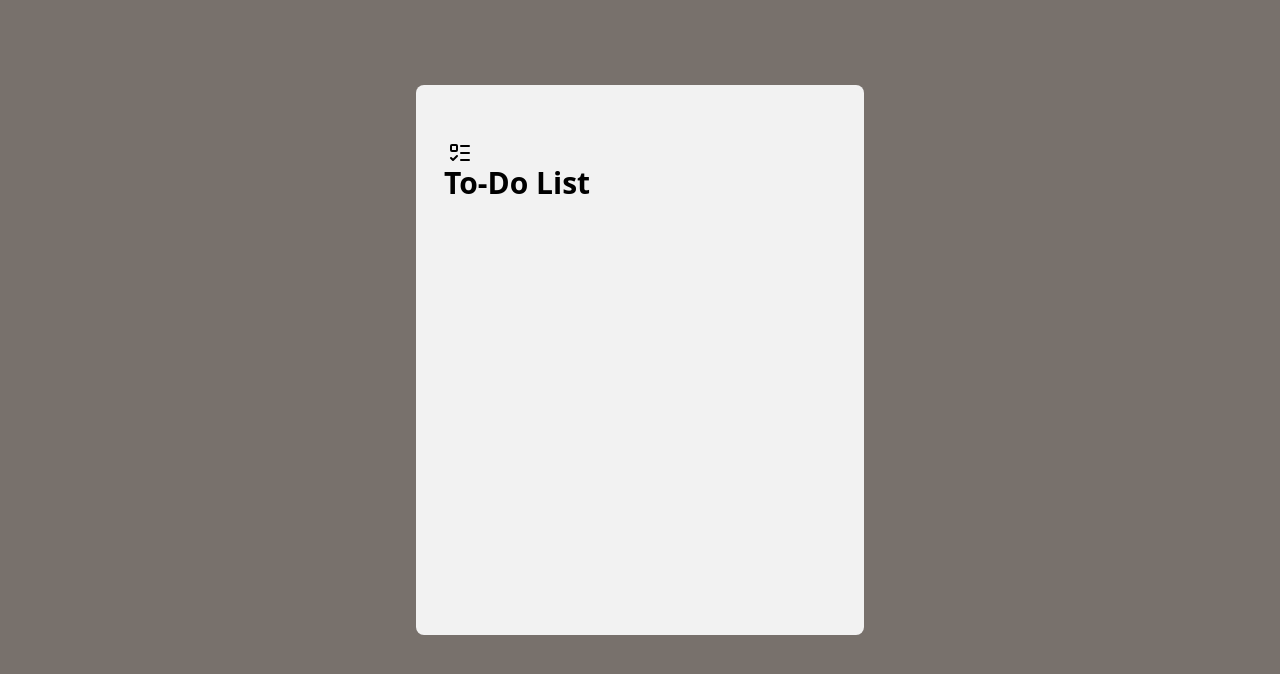
Repository: guilhermecardoso93/todolist-2025-tailwind
Page: /
An editor plug-in stored every save of this project. The page is shown before and after the next save, followed by the edit.
The browser window is 1280 px wide. The pictures show the whole page.
The project was rebuilt for these pictures with package versions that can differ from the ones it lists, and the page was loaded fresh each time. Also part of the build but not shown: vite.config.js.

Above is the page before, as saved 2024-11-07 19:58:28.

### index.html
<!doctype html>
<html lang="en">
  <head>
    <meta charset="UTF-8" />
    <meta name="viewport" content="width=device-width, initial-scale=1.0" />
    <title>ToDo List</title>
  </head>
  <body>
    <div id="root"></div>
    <script type="module" src="/src/main.jsx"></script>
  </body>
</html>

### src/App.jsx
import "./App.css";
import { ToDo } from "./components/ToDo";

export function App() {
  return (
    <div className="bg-stone-500 grid py-4 min-h-screen">
      <ToDo />
    </div>
  );
}

### src/components/ToDo.jsx
import { ListTodo } from "lucide-react";

export function ToDo() {
  return (
    <div className="bg-[#f2f2f2] place-self-center w-11/12 max-w-md flex flex-col p-7 min-h-[550px] rounded-lg">
      <div className="flex items-center mt-7 gap-2 flex flex-row"></div>
      <ListTodo className="w-8" />
      <h1 className="text-3xl font-semibold">To-Do List</h1>
    </div>
  );
}

Loaded but not shown: src/main.jsx (common file); src/index.css (common file); tailwind.config.js (common file); src/App.css (no stored copy; drawn as an empty file)

After the next save:
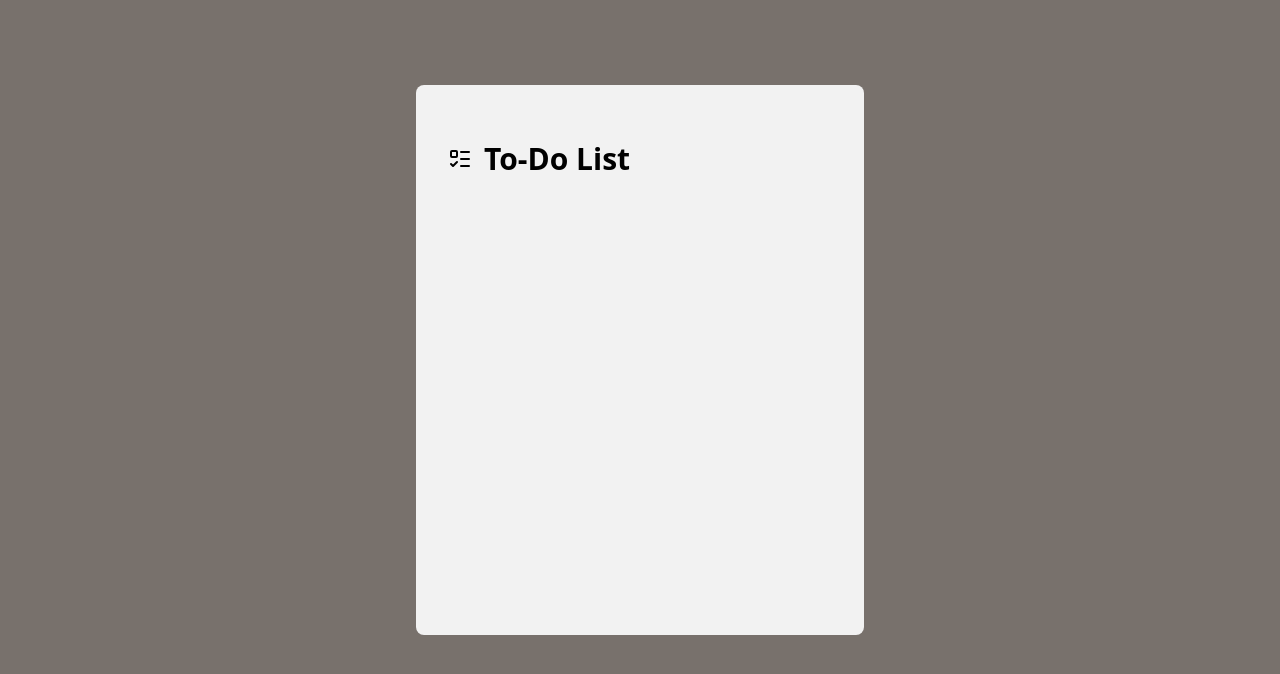
Saved 13 s later.
--- a/src/components/ToDo.jsx
+++ b/src/components/ToDo.jsx
@@ -3,9 +3,10 @@ import { ListTodo } from "lucide-react";
 export function ToDo() {
   return (
     <div className="bg-[#f2f2f2] place-self-center w-11/12 max-w-md flex flex-col p-7 min-h-[550px] rounded-lg">
-      <div className="flex items-center mt-7 gap-2 flex flex-row"></div>
-      <ListTodo className="w-8" />
-      <h1 className="text-3xl font-semibold">To-Do List</h1>
+      <div className="flex items-center mt-7 gap-2 flex flex-row">
+        <ListTodo className="w-8" />
+        <h1 className="text-3xl font-semibold">To-Do List</h1>
+      </div>
     </div>
   );
 }
